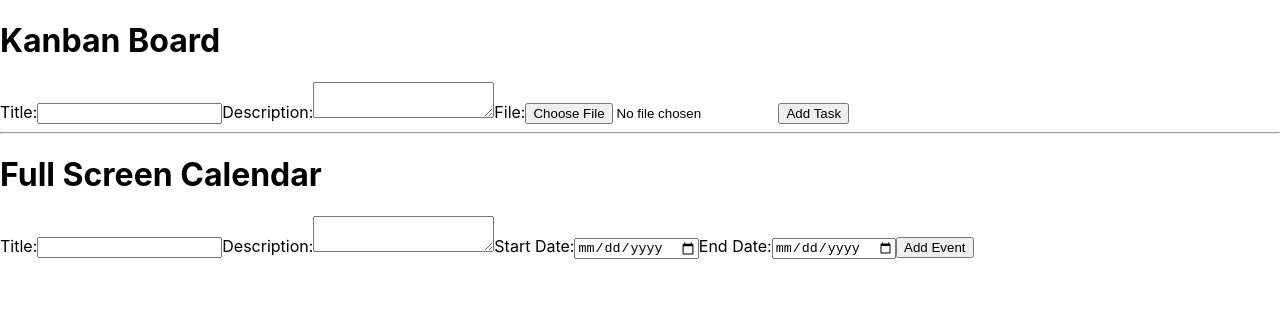
Repository: iDev07/test-app-bank
Page: / (app in test-bank-app/)
The author's editor kept a copy of each file at every save. The page is drawn from the files as they stood at one save, then again after the next save.
The browser window is 1280 px wide. The pictures show the whole page.
The project was rebuilt for these pictures with package versions that can differ from the ones it lists, and the page was loaded fresh each time. Requests to the local data server were answered from the project's data file. Also part of the build but not shown: test-bank-app/src/App.css.

Above is the page before, as saved 2023-04-15 20:33:25.

After the next save:
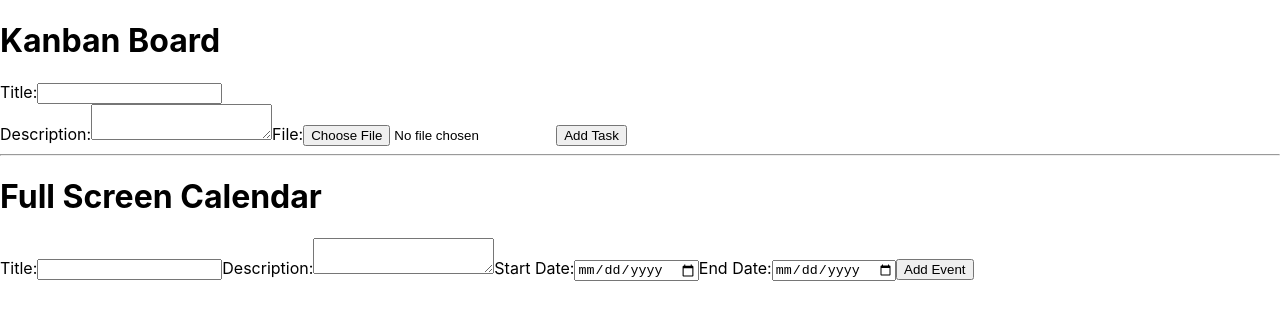
Saved 2 min 38 s later.
--- a/test-bank-app/src/App.js
+++ b/test-bank-app/src/App.js
@@ -53,17 +53,19 @@
   return (
     <div className="kanban-board">
       <form onSubmit={handleSubmit}>
-        <label>
-          Title:
-          <input
-            type="text"
-            value={newTask.title}
-            onChange={(event) =>
-              setNewTask({ ...newTask, title: event.target.value })
-            }
-            required
-          />
-        </label>
+        <div className="title_task">
+          <label>
+            Title:
+            <input
+              type="text"
+              value={newTask.title}
+              onChange={(event) =>
+                setNewTask({ ...newTask, title: event.target.value })
+              }
+              required
+            />
+          </label>
+        </div>
         <label>
           Description:
           <textarea

After the save that followed:
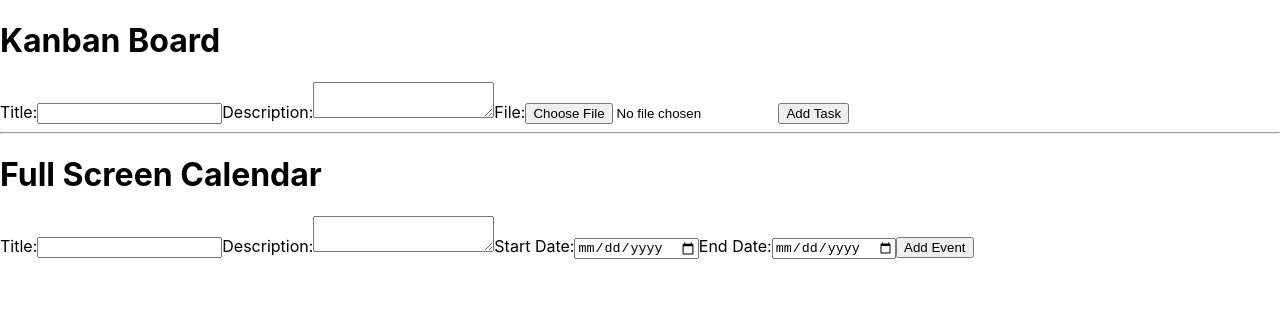
Saved 33 s later.
--- a/test-bank-app/src/App.js
+++ b/test-bank-app/src/App.js
@@ -53,19 +53,17 @@
   return (
     <div className="kanban-board">
       <form onSubmit={handleSubmit}>
-        <div className="title_task">
-          <label>
-            Title:
-            <input
-              type="text"
-              value={newTask.title}
-              onChange={(event) =>
-                setNewTask({ ...newTask, title: event.target.value })
-              }
-              required
-            />
-          </label>
-        </div>
+        <label>
+          Title:
+          <input
+            type="text"
+            value={newTask.title}
+            onChange={(event) =>
+              setNewTask({ ...newTask, title: event.target.value })
+            }
+            required
+          />
+        </label>
         <label>
           Description:
           <textarea
